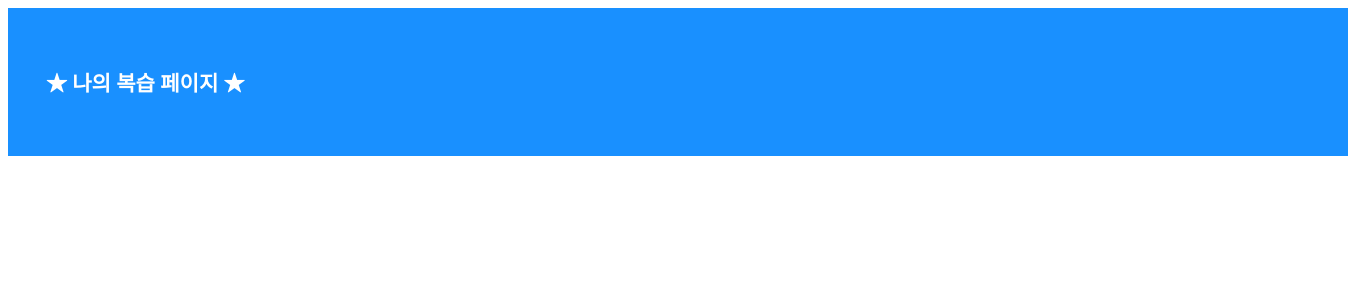
Repository: hailey-516/servlet
Page: 99_Practice/src/main/webapp/index.html
These files come from the project's save history. The page is drawn as it stood at one moment and after the next save; the edit follows.
The browser window is 1280 px wide. The page is 1348 px wide, so the pictures cover 1348 px, including what lies to the right of the window. The pictures show the whole page.

Above is the page before, as saved 2024-08-23 00:34:07.

### 99_Practice/src/main/webapp/index.html
<!DOCTYPE html>
<html>
<head>
<meta charset="UTF-8">
<title>연습용 페이지</title>

<style>
	header { width: 100%; padding: 3%; background-color: #1990ff; color: #fff; font-size: large; }

	nav ul { list-style-type: none; }
	nav ul li { float: left; padding:2px; }
	nav ul li:hover { background-color: #1990ff; color:#fff; border: 1px solid #fff; }
	nav ul li a { text-decoration: none; cursor: pointer; }
</style>
</head>
<body>

	<header>
		<h3>★ 나의 복습 페이지 ★</h3>
	</header>
	<nav>
		<ul>
			<!-- TODO: practice1_random.html 파일로 이동하기 -->

		</ul>
	</nav>
</body>
</html>

After the next save:
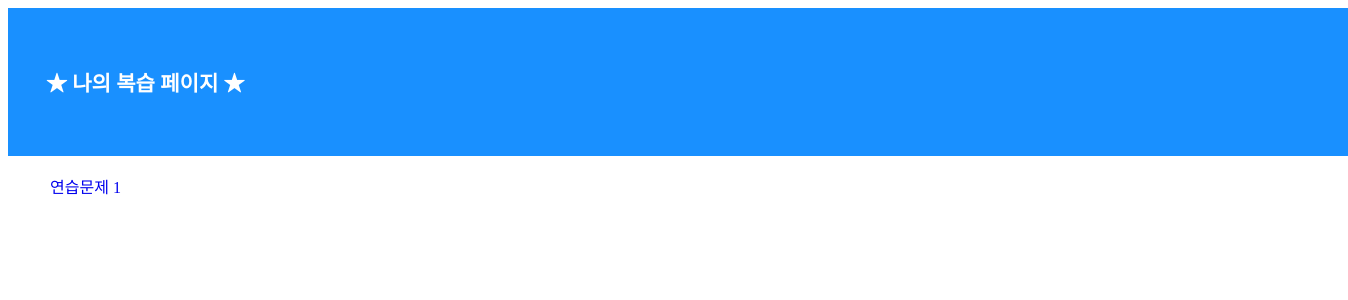
Saved 7 min 7 s later.
--- a/99_Practice/src/main/webapp/index.html
+++ b/99_Practice/src/main/webapp/index.html
@@ -21,6 +21,7 @@
 	<nav>
 		<ul>
 			<!-- TODO: practice1_random.html 파일로 이동하기 -->
+			<li><a href="views/practice1_random.html">연습문제 1</a></li>
 
 		</ul>
 	</nav>
